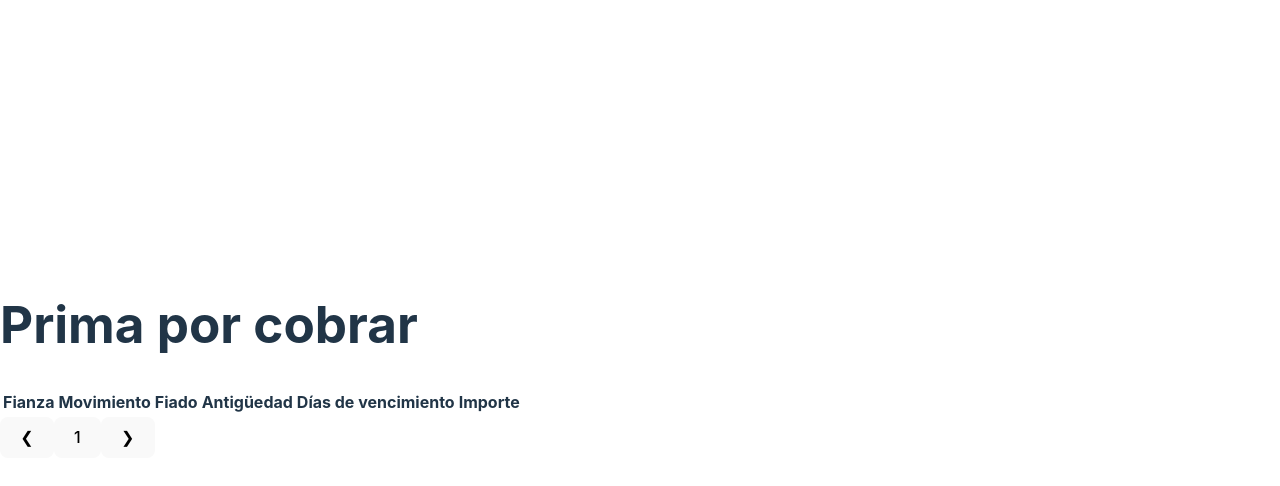
Repository: PCGP22/prueba-t-cnica-liberty-finanzas
Page: / (app in Prueba técnica full-stack/client/)
The author's editor kept a copy of each file at every save. The page is drawn from the files as they stood at one save, then again after the next save.
The browser window is 1280 px wide. The pictures show the whole page.
The page's requests for data from a server got no answer. The project was rebuilt for these pictures with package versions that can differ from the ones it lists, and the page was loaded fresh each time. No one was signed in, and anything a server would have sent is missing. Also part of the build but not shown: Prueba técnica full-stack/client/vite.config.js, Prueba técnica full-stack/client/src/components/Card.jsx, Prueba técnica full-stack/client/src/components/CardsContainer.jsx, Prueba técnica full-stack/client/src/components/Filters.jsx.

Above is the page before, as saved 2023-11-14 07:22:27.

### Prueba técnica full-stack/client/src/App.jsx
import { dataContext } from "./context/dataContext";
import Table from "./components/Table";
import { useEffect, useReducer } from "react";
import Pagination from "./components/pagination";
import reducer from "./hooks/Reducer";
import Header from "./components/Header";

function App() {
  let url = "http://localhost:5000/primas";
  const initialState = {
    backupData: {},
    data: {},
    dataToShow: {},
    currentPage: 1,
    maxPages: 1,
    contentPerPage: 8,
  };

  const [state, dispatch] = useReducer(reducer, initialState);
  useEffect(() => {
    fetch(url)
      .then((res) => res.json())
      .then((data) => dispatch({ type: "initialize", payload: data.primas }));
  }, [url]);

  return (
    <dataContext.Provider value={[state, dispatch]}>
      <Header />
      <Table />
      <Pagination />
    </dataContext.Provider>
  );
}

export default App;

### Prueba técnica full-stack/client/src/index.css
:root {
  font-family: Inter, system-ui, Avenir, Helvetica, Arial, sans-serif;
  line-height: 1.5;
  font-weight: 400;

  color: rgba(255, 255, 255, 0.87);
  background-color: #242424;

  font-synthesis: none;
  text-rendering: optimizeLegibility;
  -webkit-font-smoothing: antialiased;
  -moz-osx-font-smoothing: grayscale;
  -webkit-text-size-adjust: 100%;
}

a {
  font-weight: 500;
  color: #646cff;
  text-decoration: inherit;
}
a:hover {
  color: #535bf2;
}

body {
  margin: 0;
  display: flex;
  place-items: center;
  min-width: 320px;
  min-height: 100vh;
}

h1 {
  font-size: 3.2em;
  line-height: 1.1;
}

button {
  border-radius: 8px;
  border: 1px solid transparent;
  padding: 0.6em 1.2em;
  font-size: 1em;
  font-weight: 500;
  font-family: inherit;
  background-color: #1a1a1a;
  cursor: pointer;
  transition: border-color 0.25s;
}
button:hover {
  border-color: #646cff;
}
button:focus,
button:focus-visible {
  outline: 4px auto -webkit-focus-ring-color;
}

@media (prefers-color-scheme: light) {
  :root {
    color: #213547;
    background-color: #ffffff;
  }
  a:hover {
    color: #747bff;
  }
  button {
    background-color: #f9f9f9;
  }
}

### Prueba técnica full-stack/client/src/context/dataContext.js
import { createContext } from "react";

export const dataContext = createContext();

### Prueba técnica full-stack/client/src/components/Table.jsx
import { calculateAntiquityInDays } from "../utils/utils";
import { useContext } from "react";
import { dataContext } from "../context/dataContext";

function Table() {
  const [state, dispatch] = useContext(dataContext);

  return (
    <table>
      <tbody>
        <tr>
          <th>Fianza</th>
          <th>Movimiento</th>
          <th>Fiado</th>
          <th>Antigüedad</th>
          <th>Días de vencimiento</th>
          <th>Importe</th>
        </tr>
        {state.dataToShow.length > 0 &&
          state.dataToShow.map((t) => {
            let antiquity = calculateAntiquityInDays(
              t.datos["fecha de emisión"]
            );
            let daysSinceStale = calculateAntiquityInDays(
              t.datos["fecha de vencimiento"]
            );
            if (daysSinceStale < 0) daysSinceStale = 0;
            return (
              <tr key={t.datos.código_de_fianza}>
                <td>{t.datos.código_de_fianza}</td>
                <td>{t.datos.tipo_de_movimiento}</td>
                <td>{t.datos.fiado}</td>
                <td>{antiquity}</td>
                <td>{daysSinceStale}</td>
                <td>${t.datos.importe.toLocaleString()}</td>
              </tr>
            );
          })}
      </tbody>
    </table>
  );
}

export default Table;

### Prueba técnica full-stack/client/src/components/pagination.jsx
import { useContext } from "react";
import { dataContext } from "../context/dataContext";

function Pagination() {
  const [state, dispatch] = useContext(dataContext);

  //   return <button onClick={() => dispatch({ type: "change" })}>Cambiar</button>;
  //   const { state.maxPages, state.currentPage, setstate.CurrentPage, setNextPage, setPrevPage } =
  // useContext(dataContext);
  //This pagination is somewhat complex because I've used it before in bigger proyects.
  //First, it initializes the pagination buttons to the first 6 numbers except for the number 1
  //The reason it doesn't includes the first page is because the first and last page buttons are always shown
  let pagesButtons = [2, 3, 4, 5, 6];
  //while the current page stays on the first three pages, show all first 6
  //The reason for the if, it's that I want the first 6 buttons to be shown when returning from the latest pages
  if (
    state.currentPage === 1 ||
    state.currentPage === 2 ||
    state.currentPage === 3
  ) {
    pagesButtons = [2, 3, 4, 5, 6];
  }
  //As soon as we change to page 4 or more, let's follow the current page and
  //add two buttons to the left and two to the right
  if (state.currentPage >= 4) {
    pagesButtons = [
      state.currentPage - 2,
      state.currentPage - 1,
      state.currentPage,
      state.currentPage + 1,
      state.currentPage + 2,
    ];
  }
  //When approaching to the right end of the pagination, show the last 5 pages
  if (
    state.currentPage === state.maxPages - 1 ||
    state.currentPage === state.maxPages - 2 ||
    state.currentPage === state.maxPages
  ) {
    //The reason it doesn't includes the last page is because the first and last page buttons are always shown
    pagesButtons = [
      state.maxPages - 5,
      state.maxPages - 4,
      state.maxPages - 3,
      state.maxPages - 2,
      state.maxPages - 1,
    ];
  }
  return (
    <section className="pagination">
      <button
        //About the class: When in first or last page the navigation chevrons will have a special class
        //The same happens when the button is the current page
        className={`${state.currentPage === 1 && "disabled"}`}
        onClick={() => dispatch({ type: "prevPage" })}>
        ❮
      </button>
      {/* First button, always shown */}
      <button
        className={`${state.currentPage === 1 && "disabled"}`}
        onClick={() => dispatch({ type: "setPage", payload: 1 })}>
        1
      </button>
      {/* Adds three dots in case the current page is bigger than 4*/}
      {state.currentPage > 4 && <p>•••</p>}
      {/* Map through all pages defined in the first part*/}
      {pagesButtons.map((p) => {
        if (p > 1 && p < state.maxPages)
          return (
            <button
              className={`${state.currentPage === p && "disabled"}`}
              key={p}
              onClick={() => dispatch({ type: "setPage", payload: p })}>
              {p}
            </button>
          );
      })}
      {/* Adds three dots in case the current page is getting closer to the right end*/}
      {state.currentPage < state.maxPages - 3 && <p>•••</p>}
      {/* If there's more than 1 page, show always the last page*/}
      {state.maxPages > 1 && (
        <button
          className={`${state.currentPage === state.maxPages && "disabled"}`}
          onClick={() =>
            dispatch({ type: "setPage", payload: state.maxPages })
          }>
          {state.maxPages}
        </button>
      )}
      <button
        className={`${state.currentPage === state.maxPages && "disabled"}`}
        onClick={() => dispatch({ type: "nextPage" })}>
        ❯
      </button>
    </section>
  );
}

export default Pagination;

### Prueba técnica full-stack/client/src/hooks/Reducer.js
function reducer(state, action) {
  function divideData(data, currentPage, state) {
    let dividedData = data.slice(
      (currentPage - 1) * state.contentPerPage,
      currentPage * state.contentPerPage
    );
    return dividedData;
  }
  function calculateMaxPages(data, state) {
    let maxPages = Math.ceil(data.length / state.contentPerPage);
    return maxPages;
  }
  const { type, payload } = action;
  switch (type) {
    case "initialize":
      return {
        ...state,
        backupData: payload,
        data: payload,
        dataToShow: divideData(payload, 1, state),
        maxPages: calculateMaxPages(payload, state),
      };
    case "prevPage":
      if (state.currentPage > 1) {
        return {
          ...state,
          currentPage: state.currentPage - 1,
          dataToShow: divideData(state.data, state.currentPage - 1, state),
        };
      } else return state;
    case "nextPage":
      if (state.currentPage < state.maxPages) {
        return {
          ...state,
          currentPage: state.currentPage + 1,
          dataToShow: divideData(state.data, state.currentPage + 1, state),
        };
      } else return state;
    case "setPage":
      return {
        ...state,
        currentPage: payload,
        dataToShow: divideData(state.data, payload, state),
      };
    case "filter":
      if (payload.filter === "") {
        return { ...state, dataToShow: state.backupData };
      } else
        return {
          ...state,
          dataToShow: state.backupData.filter(
            (d) => d[payload.type] === payload.filter
          ),
        };
    default:
      return state;
  }
}

export default reducer;

### Prueba técnica full-stack/client/src/components/Header.jsx
import CardsContainer from "./CardsContainer";
import Filters from "./Filters";

function Header() {
  return (
    <header>
      <h1>Prima por cobrar</h1>
      <Filters />
      <CardsContainer />
    </header>
  );
}

export default Header;

### Prueba técnica full-stack/client/src/utils/utils.js
//This function calculates how many days have passed since a date
export function calculateAntiquityInDays(date) {
  let parsedDate = parseDate(date);
  const CONSTANT_Ms_TO_DAYS = 86400000;
  let today = new Date();
  let comparisonDate = new Date(parsedDate);
  return Math.trunc((today - comparisonDate) / CONSTANT_Ms_TO_DAYS) - 1;
}

//transforms the date DD/MM/YYYY to an acceptable MM/DD/YYYY
function parseDate(date) {
  let stringToArray = date.split("/");
  let temp = stringToArray[0];
  stringToArray[0] = stringToArray[1];
  stringToArray[1] = temp;
  return stringToArray.join("/");
}

Loaded but not shown: Prueba técnica full-stack/client/index.html (common file); Prueba técnica full-stack/client/src/main.jsx (common file)

After the next save:
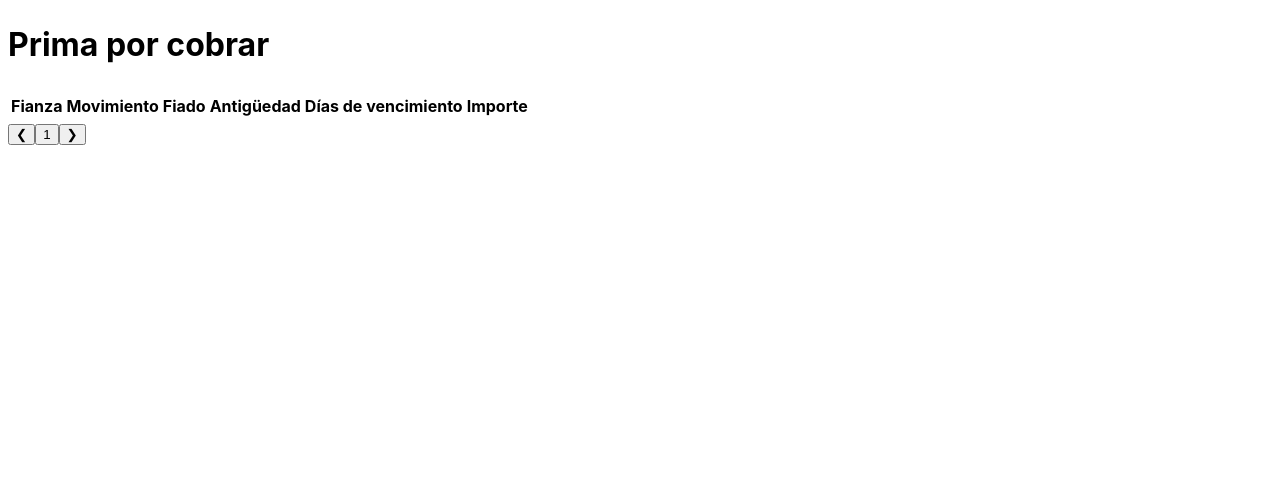
Saved 19 s later.
--- a/Prueba técnica full-stack/client/src/index.css
+++ b/Prueba técnica full-stack/client/src/index.css
@@ -3,66 +3,4 @@
   line-height: 1.5;
   font-weight: 400;
 
-  color: rgba(255, 255, 255, 0.87);
-  background-color: #242424;
-
-  font-synthesis: none;
-  text-rendering: optimizeLegibility;
-  -webkit-font-smoothing: antialiased;
-  -moz-osx-font-smoothing: grayscale;
-  -webkit-text-size-adjust: 100%;
 }
-
-a {
-  font-weight: 500;
-  color: #646cff;
-  text-decoration: inherit;
-}
-a:hover {
-  color: #535bf2;
-}
-
-body {
-  margin: 0;
-  display: flex;
-  place-items: center;
-  min-width: 320px;
-  min-height: 100vh;
-}
-
-h1 {
-  font-size: 3.2em;
-  line-height: 1.1;
-}
-
-button {
-  border-radius: 8px;
-  border: 1px solid transparent;
-  padding: 0.6em 1.2em;
-  font-size: 1em;
-  font-weight: 500;
-  font-family: inherit;
-  background-color: #1a1a1a;
-  cursor: pointer;
-  transition: border-color 0.25s;
-}
-button:hover {
-  border-color: #646cff;
-}
-button:focus,
-button:focus-visible {
-  outline: 4px auto -webkit-focus-ring-color;
-}
-
-@media (prefers-color-scheme: light) {
-  :root {
-    color: #213547;
-    background-color: #ffffff;
-  }
-  a:hover {
-    color: #747bff;
-  }
-  button {
-    background-color: #f9f9f9;
-  }
-}
